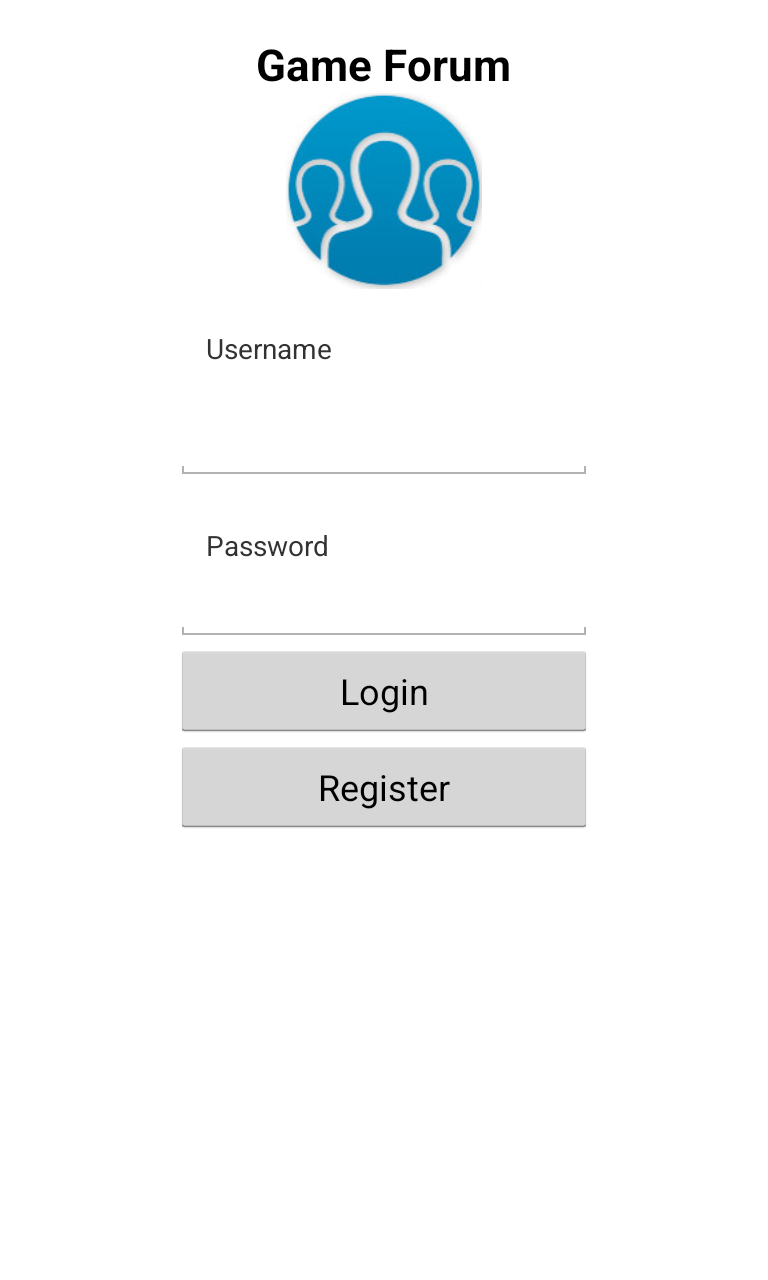
Repository: yuanpeixin/Project
Layout: GameForum/res/layout/login.xml
These files come from the project's save history. The layout is drawn as it stood at one moment and after the next save; the edit follows.
Pictures or frames that could not be fetched are drawn as grey boxes. It is drawn on a 768 x 1280 px phone screen (xhdpi) without system bars, with theme AppTheme; the app's code is not run.

Above is the layout before, as saved 2015-10-05 02:20:35.

After the next save:
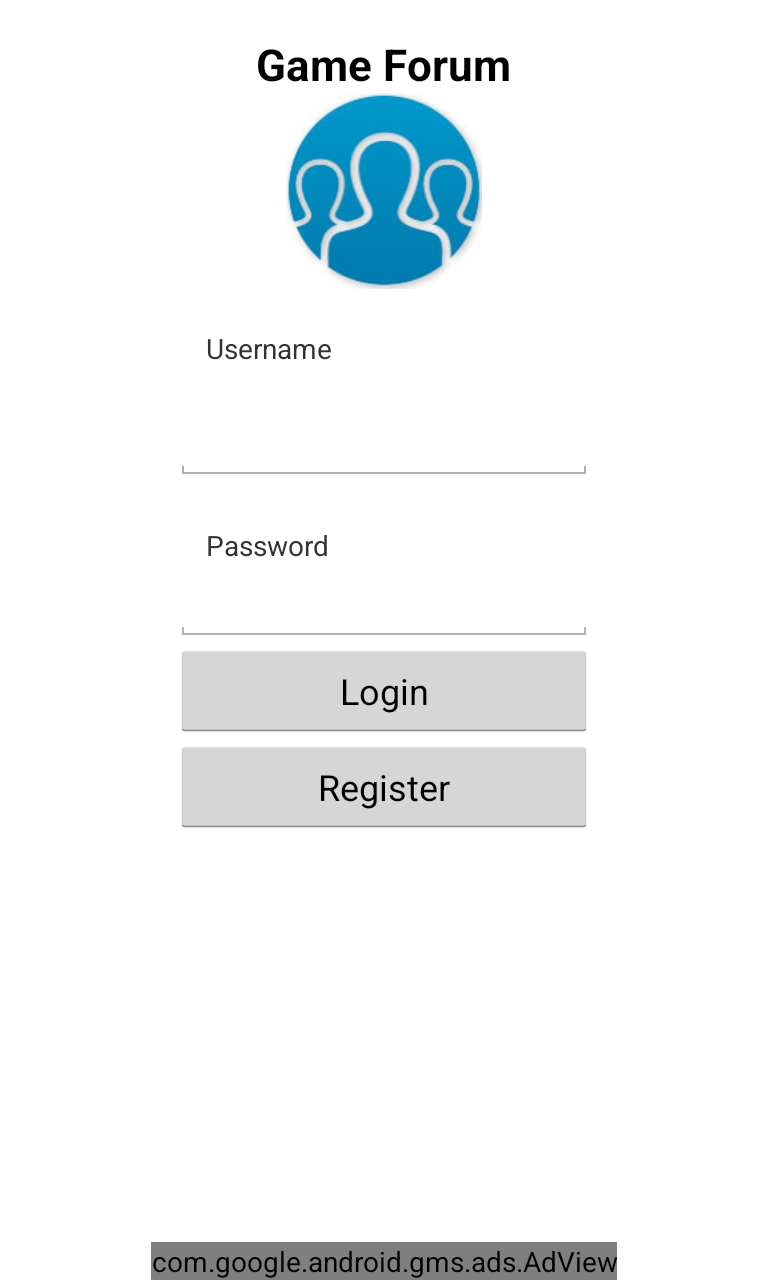
Saved 68 s later.
--- a/GameForum/res/layout/login.xml
+++ b/GameForum/res/layout/login.xml
@@ -1,5 +1,6 @@
 <?xml version="1.0" encoding="utf-8"?>
 <RelativeLayout xmlns:android="http://schemas.android.com/apk/res/android"
+    xmlns:ads="http://schemas.android.com/apk/res-auto"
     xmlns:tools="http://schemas.android.com/tools"
     android:layout_width="match_parent"
     android:layout_height="match_parent" >
@@ -79,4 +80,14 @@
         android:layout_below="@+id/password"
         android:text="Login" />
 
+    <com.google.android.gms.ads.AdView
+        android:id="@+id/adView"
+        android:layout_width="wrap_content"
+        android:layout_height="wrap_content"
+        android:layout_alignParentBottom="true"
+        android:layout_centerHorizontal="true"
+        ads:adSize="BANNER"
+        ads:adUnitId="@string/banner_ad_unit_id" >
+    </com.google.android.gms.ads.AdView>
+
 </RelativeLayout>
